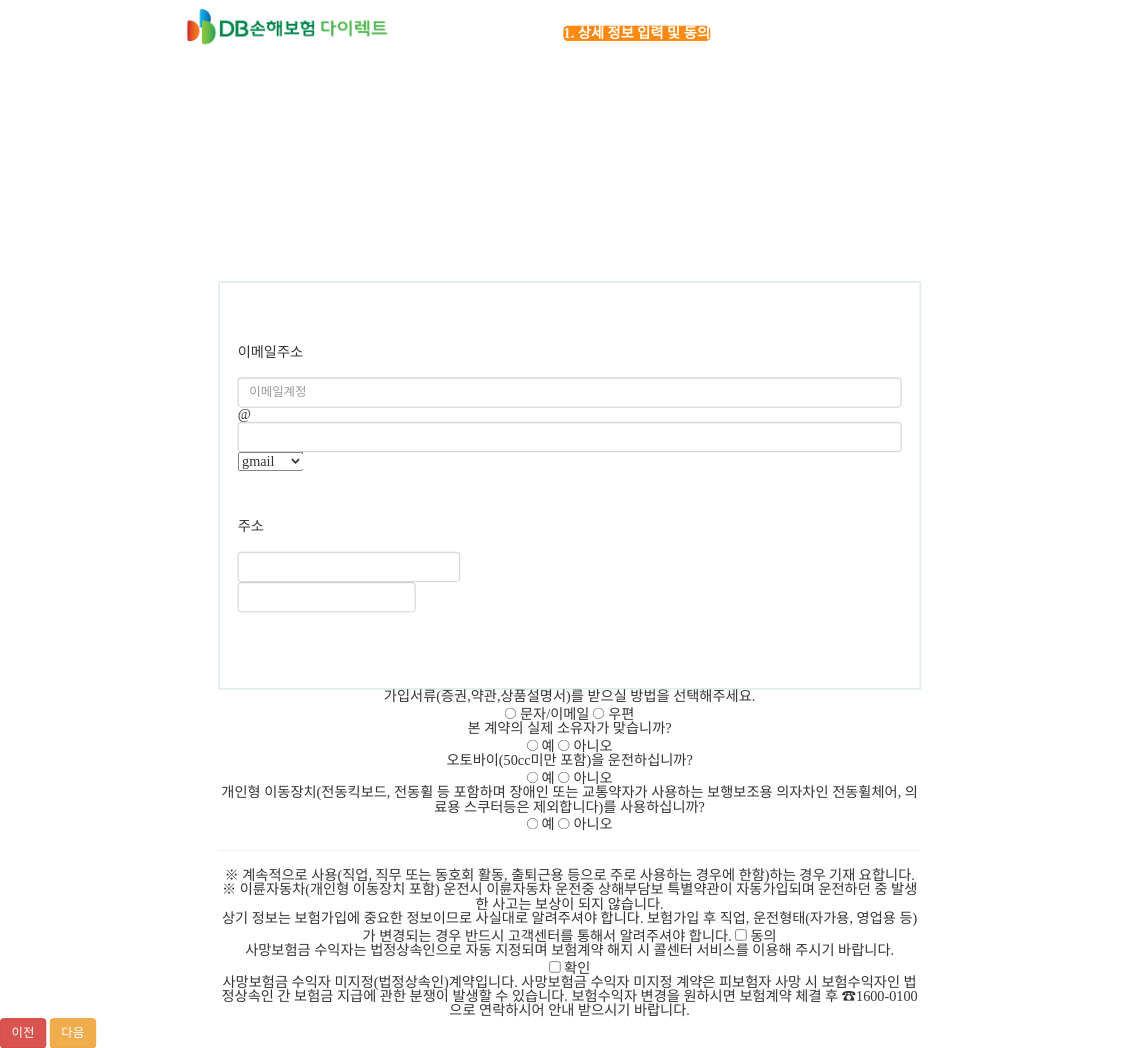
Repository: minho0324/directInsurance
Page: http://localhost/directClone/direct/details1
An editor plug-in stored every save of this project. The page is shown before and after the next save, followed by the edit.
The browser window is 1280 px wide. The pictures show the whole page, at 89% of full size.
The page is served by Tomcat 9. Other server files are loaded and not shown.

Above is the page before, as saved 2021-11-18 05:50:35.

### directClone/src/main/webapp/WEB-INF/views/details1.jsp
<%@ page language="java" contentType="text/html; charset=UTF-8"
    pageEncoding="UTF-8"%>
<!DOCTYPE html>
<%@ taglib uri="http://java.sun.com/jsp/jstl/core"  prefix="c"%>
<html>
<head>
<meta charset="UTF-8">
<title>details1</title>
</head>
<link rel="stylesheet" href="https://maxcdn.bootstrapcdn.com/bootstrap/3.3.2/css/bootstrap.min.css">
<script src="http://code.jquery.com/jquery-latest.js"></script>
<style>

	html, body, div, span, applet, object, iframe,
	h1, h2, h3, h4, h5, h6, p, blockquote, pre,
	a, abbr, acronym, address, big, cite, code,
	del, dfn, em, img, ins, kbd, q, s, samp,
	small, strike, strong, sub, sup, tt, var,
	b, u, i, center,
	dl, dt, dd, ol, ul, li,
	fieldset, form, label, legend,
	table, caption, tbody, tfoot, thead, tr, th, td,
	article, aside, canvas, details, embed,
	figure, figcaption, footer, header, hgroup,
	menu, nav, output, ruby, section, summary,
	time, mark, audio, video {
		margin: 0;
		padding: 0;
		border: 0;
		font-size: 100%;
		font: inherit;
		vertical-align: baseline;
	}
	/* HTML5 display-role reset for older browsers */
	article, aside, details, figcaption, figure,
	footer, header, hgroup, menu, nav, section {
		display: block;
	}
	body {
		line-height: 1;
	}
	ol, ul {
		list-style: none;
	}
	blockquote, q {
		quotes: none;
	}
	blockquote:before, blockquote:after,
	q:before, q:after {
		content: '';
		content: none;
	}

	.title a img {
		padding:10px;
		float:left;
		margin-left:200px;
	}

	.header .progress_bar {
		margin: 0 auto;
		text-align:center;
		dispay:inline;
		padding-top:30px;
		margin-bottom:70px;
		margin-right:300px;
	}

	.header .progress_bar span {
		font-weight:bold;
		background: #ff8911;
		color:white;
		border-radius:5px;
		width:250px;
	}

	.container {
		margin:0 auto;
		text-align:center;
		display:block;
		width:820px;
		height:100%;
	}

	.phone_mail {
		border:2px solid #e0eced;
	}

	.phone_mail {
		margin-top:200px;
	}
	.phone_mail_inner {
		text-align:left;
		padding:50px 0;

	}

	.mailform {
		padding: 20px;
	}

	.mailform h3 {
		padding-bottom:20px;
	}
	.addrform {
		padding: 20px;
	}
	.addrform h3 {
		padding-bottom:20px;
	}






</style>
<body>

	<!-- 헤더 -->
	<div class="headerform">
		<div class="header">
			<div class="title">
				<a href="index.jsp">
					<img src="../resources/img/logo02.png">
				</a>
				<div class="progress_bar">
					<span>1. 상세 정보 입력 및 동의</span>
				</div>
			</div>
		</div>

		<a href="<c:url value='/direct/index.jsp' />" class="btn_close"></a>
	</div>
	<!-- 헤더 끝 -->

		<!-- 컨테이너 본문 시작 -->
		<div class="container clfix">
			<div class="contents">
				<div class="phone_mail">
					<div class="phone_mail_inner">
						<div class="mailform form-group">
							<h3>이메일주소</h3>
								<input type="text" name="email" class="email form-control" placeholder="이메일계정">
								@
								<input type="text" name="domain" class="domain form-control" value="">
								<select name="emailSelect">
									<option id="email" value="gmail">gmail</option>
									<option id="email" value="naver">naver</option>
									<option id="email" value="hanmail">hanmail</option>
								</select>
						</div>
						<div class="addrform form-group">
							<h3>주소</h3>
								<input type="text" name="addr" class="addr form-control" style="width: 250px;">
								<input type="text" name="addrdetail" class="addrdetail form-control" style="width:200px;">
						</div>
					</div>
				</div>
				<div class="receiving">
					<h3>가입서류(증권,약관,상품설명서)를 받으실 방법을 선택해주세요.</h3>
					<label for="receiving">
						<input type="radio" name="receiving" value="text">
						문자/이메일
					</label>
					<label for="receiving">
						<input type="radio" name="receiving" value="post">
						우편
					</label>
				</div>
				<div class="identification">
					<h3>본 계약의 실제 소유자가 맞습니까?</h3>
					<label for="identification">
						<input type="radio" name="identification" value="Y">
						예
					</label>
					<label for="identification">
						<input type="radio" name="identification" value="N">
						아니오
					</label>
				</div>
				<div class="motorcycle">
					<h3>오토바이(50cc미만 포함)을 운전하십니까?</h3>
					<label for="motorcycle">
						<input type="radio" name="motorcycle" value="Y">
						예
					</label>
					<label for="motorcycle">
						<input type="radio" name="motorcycle" value="N">
						아니오
					</label>
				</div>
				<div class="pv">
					<h3>개인형 이동장치(전동킥보드, 전동휠 등 포함하며 장애인 또는 교통약자가 사용하는 보행보조용 의자차인 전동휠체어, 의료용 스쿠터등은 제외합니다)를 사용하십니까?</h3>
					<label for="pv">
						<input type="radio" name="pv" value="Y">
						예
					</label>
					<label for="pv">
						<input type="radio" name="pv" value="N">
						아니오
					</label>
					<hr>
					<p>
						※ 계속적으로 사용(직업, 직무 또는 동호회 활동, 출퇴근용 등으로 주로 사용하는 경우에 한함)하는 경우 기재 요합니다.
						<br>
						※ 이륜자동차(개인형 이동장치 포함) 운전시 이륜자동차 운전중 상해부담보 특별약관이 자동가입되며 운전하던 중 발생한 사고는 보상이 되지 않습니다.
					</p>
				</div>
				<div class="agreement">
					상기 정보는 보험가입에 중요한 정보이므로 사실대로 알려주셔야 합니다.
					보험가입 후 직업, 운전형태(자가용, 영업용 등)가 변경되는 경우 반드시 고객센터를 통해서 알려주셔야 합니다.
					<label for="agreement">
						<input type="checkbox" name="agreement" value="agreed">
						동의
					</label>
				</div>
				<div class="finalagree">
					<ul>
						<li>
							사망보험금 수익자는 법정상속인으로 자동 지정되며
							보험계약 해지 시 콜센터 서비스를 이용해 주시기 바랍니다.
						</li>
					</ul>
					<label for="finalagree">
						<input type="checkbox" name="finalagree" value="agreed">
						확인
					</label>
					<p>
					사망보험금 수익자 미지정(법정상속인)계약입니다.
					사망보험금 수익자 미지정 계약은 피보험자 사망 시 보험수익자인 법정상속인 간 보험금 지급에 관한 분쟁이 발생할 수
					있습니다. 보험수익자 변경을 원하시면 보험계약 체결 후 ☎1600-0100으로 연락하시어 안내 받으시기 바랍니다.
					</p>
				</div>
			</div>
		</div>
		<!-- 컨테이너 끝 -->

		<button class="prev btn btn-danger">이전</button>
		<button class="next btn btn-warning">다음</button>



	<script>
		$(function() {
			$("select[name=emailSelect]").change(function(){
				  console.log($(this).val()); //value값 가져오기
				  console.log($("select[name=emailSelect] option:selected").text()); //text값 가져오기
			});
			var email = $("select[name=emailSelect] option:selected").val();
			console.log(email);

			$('.prev').click(function () {
				location.href="<c:url value='/direct/' />";
			})
			$('.next').click(function () {
				location.href="<c:url value='/direct/details2' />";
			})


		});
	</script>


</body>
</html>

After the next save:
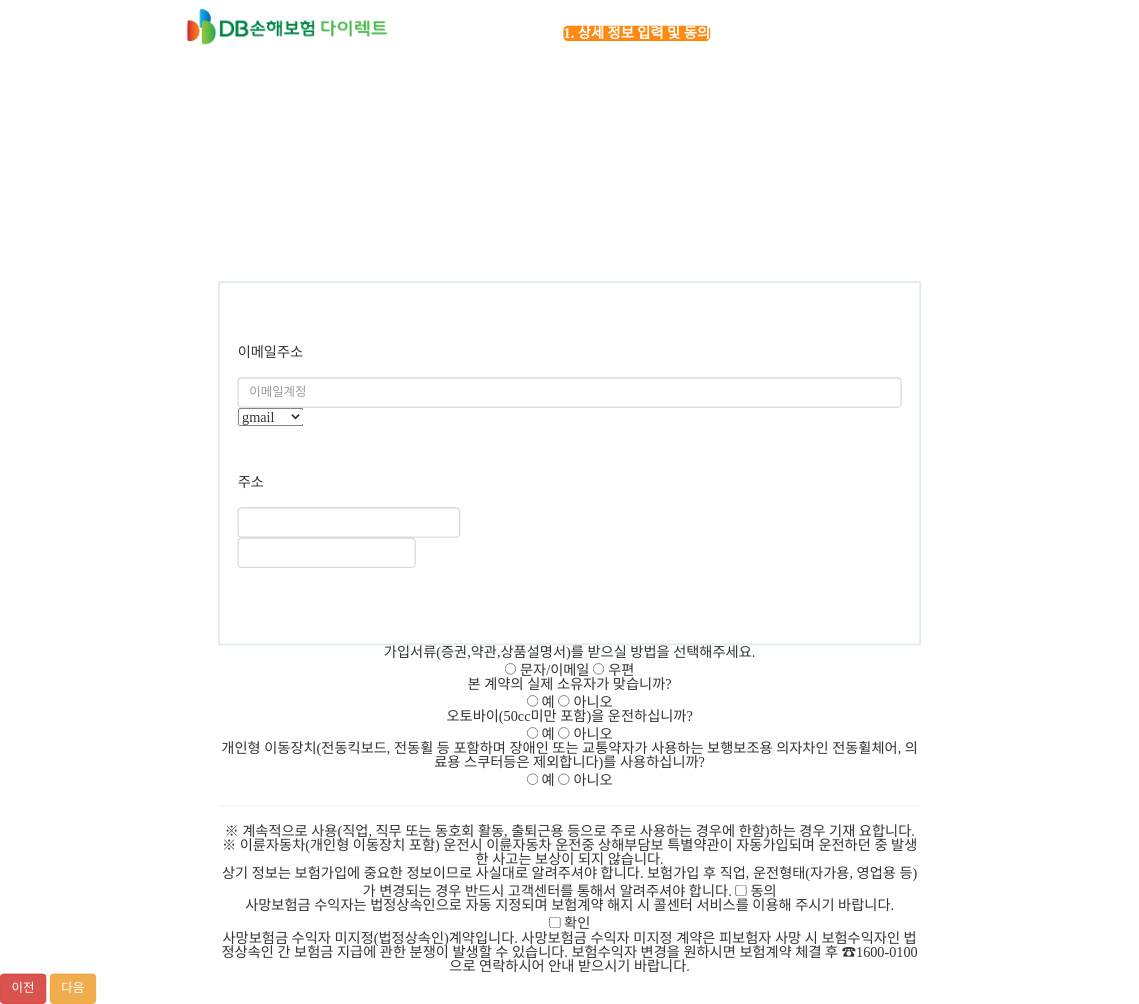
Saved 30 s later.
--- a/directClone/src/main/webapp/WEB-INF/views/details1.jsp
+++ b/directClone/src/main/webapp/WEB-INF/views/details1.jsp
@@ -142,8 +142,6 @@
 						<div class="mailform form-group">
 							<h3>이메일주소</h3>
 								<input type="text" name="email" class="email form-control" placeholder="이메일계정">
-								@
-								<input type="text" name="domain" class="domain form-control" value="">
 								<select name="emailSelect">
 									<option id="email" value="gmail">gmail</option>
 									<option id="email" value="naver">naver</option>
